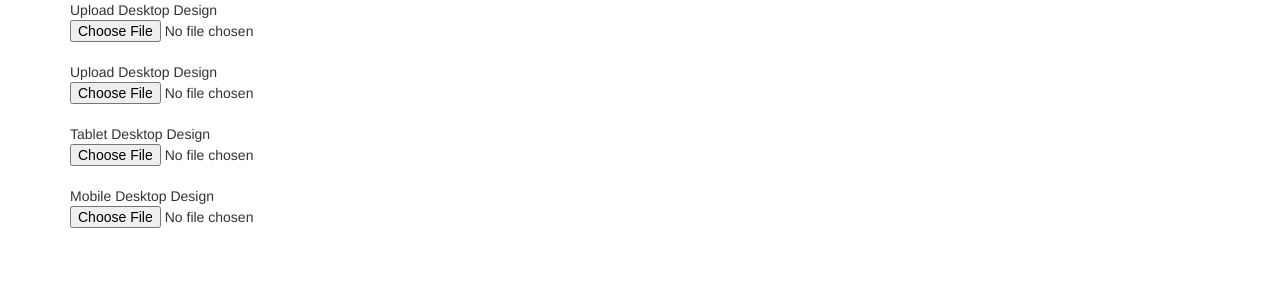
Repository: aneeshsingh/workspace
Page: http://localhost/analytics/Add_Product_Page_5.jsp
An editor plug-in stored every save of this project. The page is shown before and after the next save, followed by the edit.
The browser window is 1280 px wide. The pictures show the whole page.
The page is served by Tomcat 9.

Above is the page before, as saved 2016-03-07 03:11:46.

After the next save:
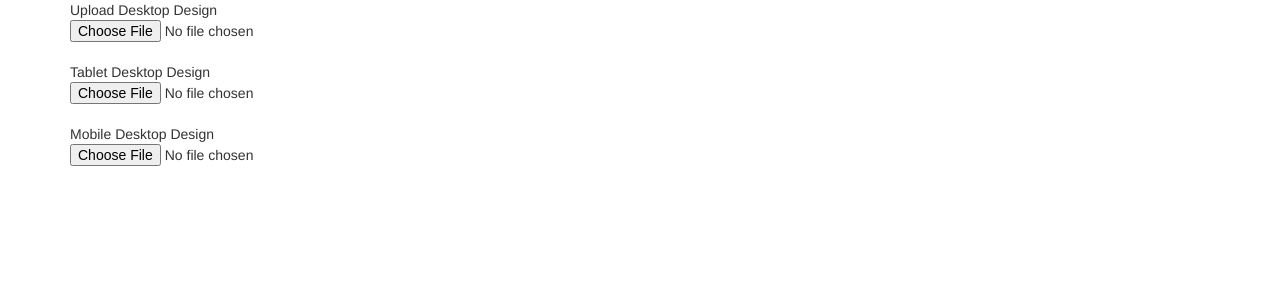
Saved 8 s later.
--- a/analytics/war/Add_Product_Page_5.jsp
+++ b/analytics/war/Add_Product_Page_5.jsp
@@ -30,15 +30,6 @@
 			</div>
 		</div>
 
-		<div class="row">
-
-			<div class="col-md-12">
-
-			<span>Upload Desktop Design</span>
-			 <input type="file" name="file_desktop" id="file_desktop" /> <br/>
-						</div>
-
-		</div>
 
 
 
